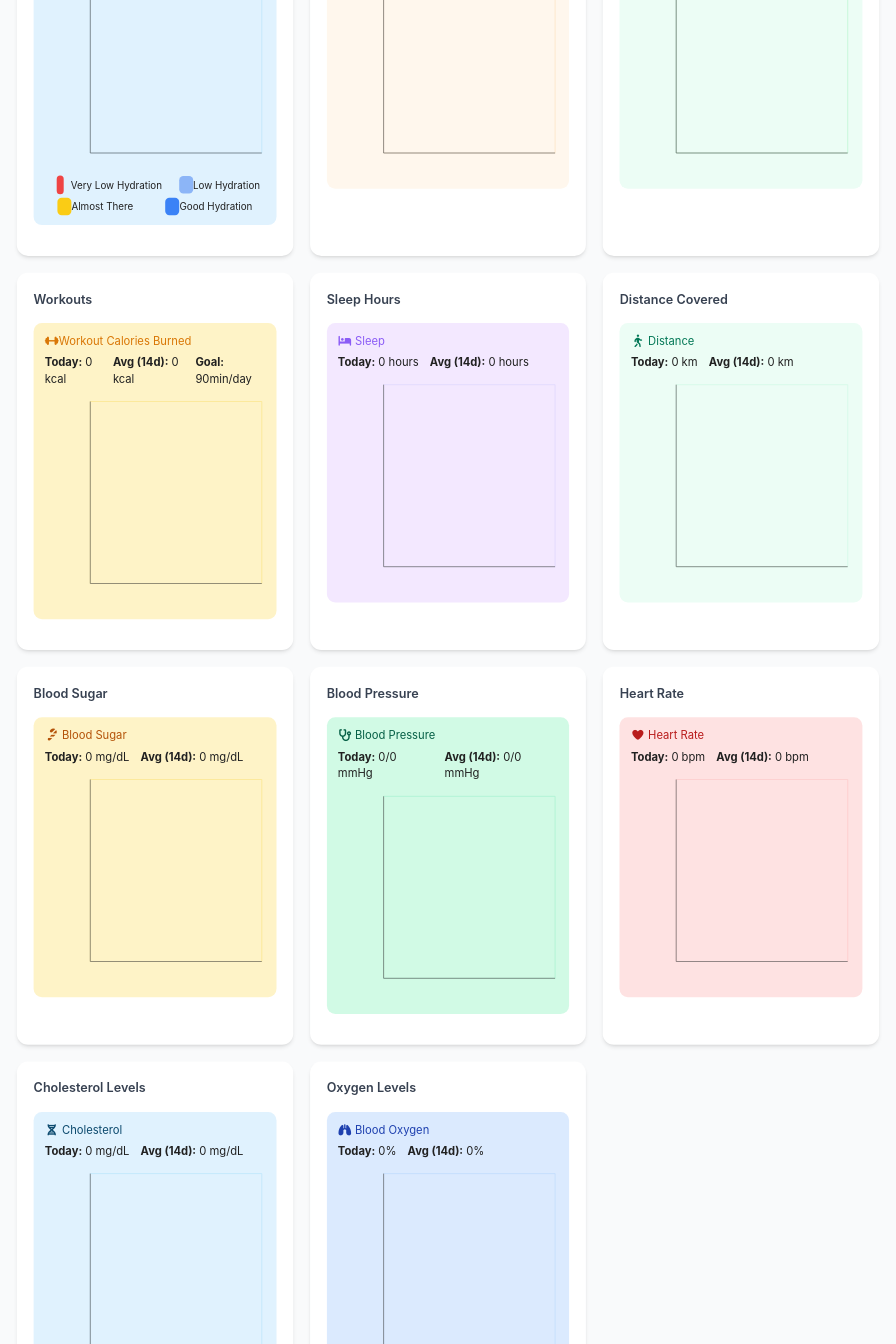
Repository: bhumikamourya/health-monitoring-application
Page: /dashboard (app in frontend/)
An editor plug-in stored every save of this project. The page is shown before and after the next save, followed by the edit.
The browser window is 1280 px wide. The pictures show the part of the page from y = 442 to 2362 px (the page is 2573 px tall before and 2563 px after), at 70% of full size.
The page's requests for data from a server got no answer. Some web libraries are served in a nearby version. The project was rebuilt for these pictures with package versions that can differ from the ones it lists, and the page was loaded fresh each time. No one was signed in, and anything a server would have sent is missing. Also part of the build but not shown: frontend/src/components/Home/particleBackground.js, frontend/src/components/Home/Component1.js, frontend/src/components/Home/Component2.js, frontend/src/components/Home/Component3.js, frontend/src/components/Home/Component4.js, frontend/src/components/Home/HomePage.js, frontend/src/components/Blog/Component1.js, frontend/src/components/Blog/Component2.js and 16 more.

Above is the page before, as saved 2025-10-14 19:01:00.

### frontend/public/index.html
<!DOCTYPE html>
<html lang="en">

<head>
  <meta charset="utf-8" />
  <link rel="icon" href="%PUBLIC_URL%/favicon.ico" />
  <meta name="viewport" content="width=device-width, initial-scale=1" />
  <meta name="theme-color" content="#000000" />
  <meta name="description" content="Web site created using create-react-app" />
  <link rel="apple-touch-icon" href="%PUBLIC_URL%/logo192.png" />
  <link rel="manifest" href="%PUBLIC_URL%/manifest.json" />

  <script src="https://cdn.jsdelivr.net/npm/@tailwindcss/browser@4"></script>

  <link href="https://cdn.jsdelivr.net/npm/bootstrap@5.3.7/dist/css/bootstrap.min.css" rel="stylesheet"
    integrity="sha384-LN+7fdVzj6u52u30Kp6M/trliBMCMKTyK833zpbD+pXdCLuTusPj697FH4R/5mcr" crossorigin="anonymous">
  <link rel="stylesheet" href="https://cdnjs.cloudflare.com/ajax/libs/font-awesome/7.0.0/css/all.min.css"
    integrity="sha512-DxV+EoADOkOygM4IR9yXP8Sb2qwgidEmeqAEmDKIOfPRQZOWbXCzLC6vjbZyy0vPisbH2SyW27+ddLVCN+OMzQ=="
    crossorigin="anonymous" referrerpolicy="no-referrer" />
  <title>React App</title>
</head>

<body>
  <noscript>You need to enable JavaScript to run this app.</noscript>
  <div id="root"></div>
  <!--
      This HTML file is a template.
      If you open it directly in the browser, you will see an empty page.

      You can add webfonts, meta tags, or analytics to this file.
      The build step will place the bundled scripts into the <body> tag.

      To begin the development, run `npm start` or `yarn start`.
      To create a production bundle, use `npm run build` or `yarn build`.
    -->
</body>

</html>

### frontend/src/index.css
@tailwind base;
@tailwind components;
@tailwind utilities;

body {
  margin: 0;
  font-family: -apple-system, BlinkMacSystemFont, 'Segoe UI', 'Roboto', 'Oxygen',
    'Ubuntu', 'Cantarell', 'Fira Sans', 'Droid Sans', 'Helvetica Neue',
    sans-serif;
  -webkit-font-smoothing: antialiased;
  -moz-osx-font-smoothing: grayscale;
  background-color: #fff;
  color: #212121;
}

code {
  font-family: source-code-pro, Menlo, Monaco, Consolas, 'Courier New',
    monospace;
}

h1,
h2,
h3,
h4,
h5,
h6 {
  color: #2c3e50
}

/* NAVBAR STYLING */
.background {
  background-color: #1976d2;
}

.footer-a-links {
  text-decoration: underline;
  color: #fff;
}

.footer-a-links:hover {
  text-decoration: underline;
}

.menu {
  color: #fff;
  margin-left: 20px;
}

.menu.selected {
  color: #64b5f6;
}

.links {
  color: #1976d2;
}

.links:hover {
  opacity: 0.7;
}

.nav-links {
  color: #fff;
}

.nav-links:hover {
  color: #64b5f6;
}

.coloured-btn {
  background-color: #1976d2;
  color: #fff;
}

.coloured-btn:hover {
  background-color: #1976d2;
}

.bold-text {
  color: #1976d2;
}


/* HOME COMPONENT-1 */
.component1-container {
  background-color: #f5f5f5;
}
.component1-icons{
  background-color: #e9f2fa;
  padding:20px 40px 20px 20px;
  border-radius: 50%;
}

.fa-check,
.fa-square-check,
.fa-calendar-week,
.fa-chart-line {
  color: #1976d2;
  font-size: 25px;
}

.fa-check {
  color: #43a047;
}


/* HOME COMPONENT-2 */
.complete-control-text {
  background-color: #e9f2fa;
  width: 60%;
  margin: 25px 5px 0 40px;
  padding: 4px;
  border-radius: 30px;
  color: #1976d2;
}

.coloured-card {
  margin-left: 50px;
  border: 3px solid #1976d2;
  border-radius: 15px;
  background-color: #fafafa;
}

/* BLOG COMPONENT */
.blogs-container {
  width: 14rem;
  box-shadow: 5px 5px 10px #f4f3f3;
}

.capsule-text {
  font-size: 10px;
  border: 1px solid #cfd1d1ff;
  padding: 4px 7px;
  border-radius: 10px;
  color: #2c2c2c;
}

/* PRICING COMPONENT */
.pricing-cards {
  margin-right: 15px;
  border: 0.4px solid #bbbabaff;
  border-radius: 30px;
}

.fa-xmark {
  font-size: 20px;
}

.complete-text {
  width: auto;
  padding: 4px 10px;
  background-color: #e9f2fa;
  border-radius: 30px;
  color: #1976d2;
}

.pricing-card2 {
  margin-left: 15px;
  border: 2px solid #1976d2;
  border-radius: 30px;
  background-color: #fafafa;
}

.pomodoro-card {
  border: 0.3px solid #424242;
  border-top: 4px solid #1976d2;
  border-radius: 10px;
}
.steps-chart-content{
  line-height: 10px;
}
.goto-dashboard:hover{
  text-decoration: underline;
  color: #6e7983;
}

### frontend/src/utils/api.js
import axios from "axios";

const api = axios.create({
    baseURL: "http://localhost:8000/api",
});
api.interceptors.request.use((config)=>{
    const token = localStorage.getItem("token");
    if(token){
        config.headers.Authorization = `Bearer ${token}`;
    }
    return config;
})
export default api;

### frontend/src/components/Charts/fitnessCharts.js
import { Line, CartesianGrid, XAxis, YAxis, Tooltip, ResponsiveContainer, BarChart, Bar } from "recharts";
import { useChartData } from "../../Hook/useChartData";
import { CustomTooltip } from "../../utils/CustomTooltip.js";

// Water Chart
function WaterChart({ days = 7, target = 8 }) {
  const { data, todayTotal, avg } = useChartData("water", "water", days);

  const getWaterColor = (value, target) => {
    if (value < target * 0.5) return "#ef4444";   // 🔴 Red - very low hydration
    if (value < target * 0.8) return "#8cb5f7ff"; // 🟠 Light blue - low
    if (value < target) return "#facc15";         // 🟡 Yellow - almost there
    return "#3b82f6";                             // 🔵 Blue - good hydration
  };

  const coloredData = data.map(d => ({
    ...d,
    fill: getWaterColor(d.water, target)
  }));

  return (
    <div
      style={{
        maxWidth: 700,
        margin: "20px auto",
        background: "#e0f2fe",
        borderRadius: 12,
        padding: 16
      }}
    >
      <h2 style={{ marginBottom: 8, color: "#2563eb" }}>
        <i className="fa-solid fa-droplet"></i> Water Intake
      </h2>

      <div style={{ display: "flex", gap: 16, marginBottom: 16 }}>
        <div><b>Today:</b> {todayTotal} glasses</div>
        <div><b>Avg ({days}d):</b> {avg} glasses</div>
      </div>

      <div style={{ width: "100%", height: 300 }}>
        <ResponsiveContainer>
          <BarChart data={coloredData}>
            <CartesianGrid stroke="#bae6fd" />
            <XAxis dataKey="date" />
            <YAxis allowDecimals={false} />
            <Tooltip content={<CustomTooltip unit="glasses" />} />
            <Bar dataKey="water" fill={({ payload }) => payload.fill} />
            <Line
              type="monotone"
              dataKey={() => target}
              stroke="#1d4ed8"
              strokeWidth={2}
              dot={false}
            />
          </BarChart>
        </ResponsiveContainer>
      </div>

      {/* 👇 Color Legend Section */}
      <div
        style={{
          // marginTop: 16,
          display: "flex",
          justifyContent: "space-around",
          flexWrap: "wrap",
          gap: 10,
          fontSize: 14
        }}
      >
        <div><span style={{ background: "#ef4444", padding: "5px",margin:"10px", borderRadius: 50 }}></span> Very Low Hydration</div>
        <div><span style={{ background: "#8cb5f7ff", padding: "4px 10px", borderRadius: 6 }}></span> Low Hydration</div>
        <div><span style={{ background: "#facc15", padding: "4px 10px", borderRadius: 6 }}></span> Almost There</div>
        <div><span style={{ background: "#3b82f6", padding: "4px 10px", borderRadius: 6 }}></span> Good Hydration</div>
      </div>
    </div>
  );
}



// Calories Chart
function CaloriesChart({ days = 7, target = 2500 }) {
  const { data, todayTotal, avg } = useChartData("calories", "calories", days);
  const getCaloriesColor = (value, target) => {
    if (value <= target) return "#22c55e";          // green
    if (value <= target * 1.1) return "#f59e0b";   // yellow
    return "#dc2626";                               // red
  };

  const coloredData = data.map(d => ({
    ...d,
    fill: getCaloriesColor(d.calories, target)
  }));
  return (
    <div style={{ maxWidth: 700, margin: "20px auto", background: "#fff7ed", borderRadius: 12, padding: 16 }}>
      <h2 style={{ marginBottom: 8, color: "#b45309" }}><i className="fa-solid fa-fire" style={{ color: "#f59e0b" }}></i> Calories Burned </h2>
      <div style={{ display: "flex", gap: 16, marginBottom: 16 }}>
        <div><b>Today:</b> {todayTotal} kcal</div>
        <div><b>Avg ({days}d):</b> {avg} calories</div>
      </div>
      <div style={{ width: "100%", height: 300 }}>
        <ResponsiveContainer>
          <BarChart data={coloredData}>
            <CartesianGrid stroke="#fde2c0" />
            <XAxis dataKey="date" />
            <YAxis allowDecimals={false} />
            <Tooltip content={<CustomTooltip unit="kcal" />} />
            <Bar dataKey="calories" fill={({ payload }) => payload.fill} />
            <Line type="monotone" dataKey={() => target} stroke="#991b1b" strokeWidth={2} dot={false} />
          </BarChart>
        </ResponsiveContainer>
      </div>
    </div>
  );
}

// Steps Chart
function StepsChart({ days = 7, target = 12000 }) {
  const { data, todayTotal, avg } = useChartData("steps", "steps", days);
  const getStepsColor = (value) => {
    if (value < target * 0.7) return "#dc2626";   // red (low)
    if (value < target) return "#1ff66eff";         // amber (medium)
    return "#16a34a";                             // green (good)
  };

  const coloredData = data.map(d => ({
    ...d,
    fill: getStepsColor(d.steps)
  }));

  return (
    <div style={{ maxWidth: 700, margin: "20px auto", background: "#ecfdf5", borderRadius: 12, padding: 16 }}>
      <h2 style={{ marginBottom: 8, color: "#065f46" }}><i className="fa-solid fa-shoe-prints"></i> Steps </h2>
      <div style={{ display: "flex", gap: 16, marginBottom: 16 }}>
        <div><b>Today:</b> {todayTotal} steps</div>
        <div><b>Avg ({days}d):</b> {avg} steps</div>
      </div>
      <div style={{ width: "100%", height: 300 }}>
        <ResponsiveContainer>
          <BarChart data={coloredData}>
            <CartesianGrid stroke="#bbf7d0" />
            <XAxis dataKey="date" />
            <YAxis allowDecimals={false} />
            <Tooltip content={<CustomTooltip unit="Steps" />} />
            <Bar dataKey="steps" fill={({ payload }) => payload.fill} />
            <Line
              type="monotone"
              dataKey={() => target}
              stroke="#047857"
              strokeWidth={2}
              dot={false}
            />
          </BarChart>
        </ResponsiveContainer>
      </div>
    </div>
  );
}

// Sleep Chart
function SleepChart({ days = 7, target = 8 }) {
  const { data, todayTotal, avg } = useChartData("sleep", "sleep", days);
  const getSleepColor = (value) => {
    if (value < 5) return "#e33636ff";
    if (value < 7) return "#beabe8ff";
    if (value <= 9) return "#ab89fbff";
    return "#8b5cf6";
  };
  const coloredData = data.map(d => ({
    ...d,
    fill: getSleepColor(d.sleep, target)
  }));
  return (
    <div style={{ maxWidth: 700, margin: "20px auto", background: "#f3e8ff", borderRadius: 12, padding: 16 }}>
      <h2 style={{ marginBottom: 8, color: "#8b5cf6" }}><i className="fa-solid fa-bed"></i> Sleep</h2>
      <div style={{ display: "flex", gap: 16, marginBottom: 16 }}>
        <div><b>Today:</b> {todayTotal} hours</div>
        <div><b>Avg ({days}d):</b> {avg} hours</div>
      </div>
      <div style={{ width: "100%", height: 300 }}>
        <ResponsiveContainer>
          <BarChart data={coloredData}>
            <CartesianGrid stroke="#ddd6fe" />
            <XAxis dataKey="date" />
            <YAxis allowDecimals={false} />
            <Tooltip content={<CustomTooltip unit="hours" />} />
            <Bar dataKey="sleep" fill={({ payload }) => payload.fill} />
            <Line type="monotone" dataKey={() => target} stroke="#7c3aed" strokeWidth={2} dot={false} />
          </BarChart>
        </ResponsiveContainer>
      </div>
    </div>
  );
}

function DistanceChart({ days = 7, target = 5 }) {
  const { data, todayTotal, avg } = useChartData("distance", "distance", days);

  const getDistanceColor = (value, target) => {
    if (value < target * 0.5) return "#ef4444";   // 🔴 Very low
    if (value < target * 0.8) return "#81f2aaff";   // 🟠 Low
    if (value < target) return "#facc15";         // 🟡 Almost there
    return "#22c55e";                             // 🟢 Good
  };

  const coloredData = data.map(d => ({
    ...d,
    fill: getDistanceColor(d.distance, target)
  }));

  return (
    <div style={{ maxWidth: 700, margin: "20px auto", background: "#ecfdf5", borderRadius: 12, padding: 16 }}>
      <h2 style={{ marginBottom: 8, color: "#047857" }}>
        <i className="fa-solid fa-person-walking"></i> Distance
      </h2>

      <div style={{ display: "flex", gap: 16, marginBottom: 16 }}>
        <div><b>Today:</b> {todayTotal} km</div>
        <div><b>Avg ({days}d):</b> {avg} km</div>
      </div>

      <div style={{ width: "100%", height: 300 }}>
        <ResponsiveContainer>
          <BarChart data={coloredData}>
            <CartesianGrid stroke="#d1fae5" />
            <XAxis dataKey="date" />
            <YAxis allowDecimals={false} />
            <Tooltip content={<CustomTooltip unit="km" />} />
            <Bar dataKey="distance" fill={({ payload }) => payload.fill} />
            <Line type="monotone" dataKey={() => target} stroke="#047857" strokeWidth={2} dot={false} />
          </BarChart>
        </ResponsiveContainer>
      </div>
    </div>
  );
}


function WorkoutChart({ days = 7, target = 90 }) {
  // workoutsCalories ke liye hook call
  const { data, todayTotal, avg } = useChartData("workouts", "caloriesBurned", days);
  const getWorkoutColor = (value, target) => {
    if (value < target * 0.7) return "#ef4444";   // red - low
    if (value < target) return "#fbbf24";         // amber - medium
    return "#d97706";                             // green - achieved
  };

  const coloredData = data.map(d => ({
    ...d,
    fill: getWorkoutColor(d.caloriesBurned, target)
  }));
  return (
    <div style={{ maxWidth: 700, margin: "20px auto", background: "#fef3c7", borderRadius: 12, padding: 16 }}>
      <h2 style={{ marginBottom: 8, color: "#d97706" }}>
        <i className="fa-solid fa-dumbbell"></i>
        Workout Calories Burned </h2>
      <div style={{ display: "flex", gap: 16, marginBottom: 16 }}>
        <div><b>Today:</b> {todayTotal} kcal</div>
        <div><b>Avg ({days}d):</b> {avg} kcal</div>
        <div><b>Goal:</b> {target}min/day</div>
      </div>
      <div style={{ width: "100%", height: 300 }}>
        <ResponsiveContainer>
          <BarChart data={coloredData}>
            <CartesianGrid stroke="#fde68a" />
            <XAxis dataKey="date" />
            <YAxis allowDecimals={false} />
            <Tooltip content={<CustomTooltip unit="kcal" />} />
            <Bar dataKey="caloriesBurned" fill={({ payload }) => payload.fill} />
            <Line type="monotone" dataKey={() => target} stroke="#b45309" strokeWidth={2} dot={false} />
          </BarChart>
        </ResponsiveContainer>
      </div>
    </div>
  );
}




export { WaterChart, CaloriesChart, StepsChart, SleepChart, DistanceChart, WorkoutChart };

### frontend/src/components/Home/particleBackground.css
* {
    margin: 0;
    padding: 0;
    box-sizing: border-box;
}
a{
    text-decoration:none;
}

body {
    color: #212121;
    margin: 0;
    font-family: 'Arial', sans-serif;
    overflow-x: hidden;
    min-height: 100vh;
}

.particles-container {
    height: 98vh;
    width: 100%;
    position: relative;
    overflow: hidden;
}

.particle {
    position: absolute;
    width: 20px;
    height: 20px;
    border-radius: 3px;
    opacity: 0.7;
    box-shadow: 0 0 20px rgba(255, 255, 255, 0.3);
    animation-duration: 30s;
    animation-iteration-count: infinite;
    animation-timing-function: ease-in-out;
}

.content {
    position: absolute;
    top: 50%;
    left: 50%;
    transform: translate(-50%, -50%);
    z-index: 2;
    text-align: center;
    padding: 30px;
    border-radius: 15px;
}

h1 {
    font-size: 2.9rem;
    font-weight: 530;
    margin-bottom: 6px;
    background-size: 300% 300%;
}

p {
    font-size: 1.4rem;
    line-height: 1.6;
}
.home-btn1{
    background-color: #1976d2;
    color: #fff;
}
.home-btn1:hover{
     background-color: #176cc1;
}
.home-btn2{
    margin-left: 15px;
}
.home-btn2:hover{
    background-color: rgb(51, 51, 51);
}


@keyframes gradientShift {

    0%,
    100% {
        background-position: 0% 50%;
    }

    50% {
        background-position: 100% 50%;
    }
}

/* Particle animations */
 @keyframes move1 {

    0%,
    100% {
        transform: translate(0, 0) rotate(0deg);
    }

    25% {
        transform: translate(80px, 40px) rotate(90deg);
    }

    50% {
        transform: translate(40px, 80px) rotate(180deg);
    }

    75% {
        transform: translate(-40px, 60px) rotate(270deg);
    }
}

@keyframes move2 {

    0%,
    100% {
        transform: translate(0, 0) rotate(0deg);
    }

    25% {
        transform: translate(60px, -30px) rotate(45deg);
    }

    50% {
        transform: translate(-40px, 60px) rotate(135deg);
    }

    75% {
        transform: translate(70px, -20px) rotate(225deg);
    }
}

@keyframes move3 {

    0%,
    100% {
        transform: translate(0, 0) rotate(0deg);
    }

    25% {
        transform: translate(-5px, 5px) rotate(60deg);
    }

    50% {
        transform: translate(2px, -2px) rotate(70deg);
    }

    75% {
        transform: translate(-5px, 10px) rotate(140deg);
    }
}

@keyframes move4 {

    0%,
    100% {
        transform: translate(0, 0) rotate(60deg);
    }

    25% {
        transform: translate(50px, -50px) rotate(60deg);
    }

    50% {
        transform: translate(-30px, 90px) rotate(150deg);
    }

    75% {
        transform: translate(50px, -40px) rotate(270deg);
    }
}

/* Individual particle styles */
.particle:nth-child(1) {
    background-color: #ff6b6b;
    top: 10%;
    left: 10%;
    animation: move1 70s infinite;
    animation-delay: 1s;
    opacity: 0.4;
}

.particle:nth-child(2) {
    background-color: #4ecdc4;
    top: 20%;
    right: 80%;
    animation: move2 70s infinite;
    animation-delay: 1s;
}

.particle:nth-child(3) {
    background-color: #45b7d1;
    top: 60%;
    left: 10%;
    animation: move3 70s infinite;
    animation-delay: 1s;
}

.particle:nth-child(4) {
    background-color: #484948;
    top: 45%;
    left: 10%;
    animation: move4 70s infinite;
    animation-delay: 1s;
}

.particle:nth-child(5) {
    background-color: #feca57;
    top: 60%;
    right: 20%;
    animation: move1 70s infinite;
    animation-delay: 1s;
}

.particle:nth-child(6) {
    background-color: #ff9ff3;
    top: 35%;
    right: 20%;
    animation: move4 70s infinite;
    animation-delay: 1s;
}
.particle:nth-child(7) {
    background-color: #ffa502;
    top: 30%;
    right: 15%;
    animation: move3 70s infinite;
    animation-delay: 1s;
    opacity: 0.5;
}

.particle:nth-child(8) {
    background-color: #54a0ff;
    top: 30%;
    left: 13%;
    animation: move2 70s infinite;
    animation-delay: 1s;
}

.particle:nth-child(9) {
    background-color: #5f27cd;
    top: 75%;
    left: 10%;
   animation: move1 70s infinite;
    animation-delay: 1s;
}

.particle:nth-child(10) {
    background-color: #00d2d3;
    top: 25%;
    right: 5%;
    animation: move3 70s infinite;
    animation-delay: 1s;
    opacity: 0.4;
}

.particle:nth-child(11) {
    background-color: #e09df8;
    top: 5%;
    right: 15%;
    animation: move4 70s infinite;
    animation-delay: 1s;
    opacity: 0.5;
}

.particle:nth-child(12) {
    background-color: #ee5253;
    top: 35%;
    right:20%;
    animation: move2 70s infinite;
    animation-delay: 1s;
    opacity: 0.5;
}

.particle:nth-child(13) {
    background-color: #0abde3;
    top: 55%;
    left: 15%;
    animation: move1 70s infinite;
    animation-delay: 1s;
}

.particle:nth-child(14) {
    background-color: #10ac84;
    top: 20%;
    right: 10%;
    animation: move3 70s infinite;
    animation-delay: 1s;
}

.particle:nth-child(15) {
    background-color: #ff5252;
    top: 70%;
    right: 5%;
    animation: move2 70s infinite;
    animation-delay: 1s;
}

.particle:nth-child(16) {
    background-color: #3742fa;
    top: 40%;
    right: 17%;
   animation: move1 70s infinite;
    animation-delay: 1s;
}
.particle:nth-child(17) {
    background-color: #c84bf1;
    top: 3%;
    right: 10%;
    animation: move4 70s infinite;
    animation-delay: 1s;
}
.particle:nth-child(18) {
    background-color: #fa7537;
    top: 8%;
    left: 17%;
    animation: move2 70s infinite;
    animation-delay: 1s;
    opacity: 0.5;
}
.particle:nth-child(19) {
    background-color: #f371e8;
    top: 80%;
    left: 30%;
   animation: move4 70s infinite;
    animation-delay: 1s;
    opacity: 0.5;
}
.particle:nth-child(20) {
    background-color: #3c3c3d;
    top: 10%;
    right: 40%;
   animation: move2 70s infinite;
    animation-delay: 1s;
}
.particle:nth-child(21) {
    background-color: #afafe7;
    top: 50%;
    right: 6%;
    animation: move4 70s infinite;
    animation-delay: 1s;
}
.particle:nth-child(22) {
    background-color: #9f0eed;
    top: 70%;
    right: 20%;
    animation: move1 70s infinite;
    animation-delay: 1s;
}
.particle:nth-child(23) {
    background-color: #d9d7da;
    top: 20%;
    left: 80%;
    animation: move2 70s infinite;
    animation-delay: 1s;
    opacity: 0.5;
}
.particle:nth-child(24) {
    background-color: #6f6e6f;
    top: 80%;
    right: 10%;
    animation: move3 70s infinite;
    animation-delay: 1s;
}
.particle:nth-child(25) {
    background-color: #a6d9de;
    top:68%;
    left: 20%;
    animation: move4 70s infinite;
    animation-delay: 1s;
}
.particle:nth-child(26) {
    background-color: #3d3e3d;
    top: 30%;
    right: 10%;
    animation: move1 70s infinite;
    animation-delay: 1s;
}
.particle:nth-child(27) {
    background-color: #343434;
    top: 80%;
    left: 10%;
    animation: move2 70s infinite;
    animation-delay: 1s;
}
.particle:nth-child(28) {
    background-color: #3c3c3c;
    top: 40%;
    right: 70%;
    animation: move3 70s infinite;
    animation-delay: 1s;
}
.particle:nth-child(29) {
    background-color: #343435;
    top: 20%;
    right: 90%;
    animation: move4 70s infinite;
    animation-delay: 1s;
}
.particle:nth-child(30) {
    background-color: #c5e6d4;
    top: 90%;
    right: 30%;
    animation: move1 70s infinite;
    animation-delay: 1s;
}

Loaded but not shown: frontend/tailwind.config.js (common file); frontend/src/components/Charts/MedicalCharts.js (185 lines, source omitted); frontend/src/Navbar.js (85 lines, source omitted); frontend/src/TrackerForms/Dashboard.js (91 lines, source omitted); frontend/src/Hook/useBPChartData.js (65 lines, source omitted); frontend/src/index.js (46 lines, source omitted); frontend/src/Hook/useCholesterolChartData.js (62 lines, source omitted); frontend/src/Hook/useChartData.js (56 lines, source omitted); frontend/src/Footer.js (35 lines, source omitted); frontend/src/components/Logout.js (16 lines, source omitted)

After the next save:
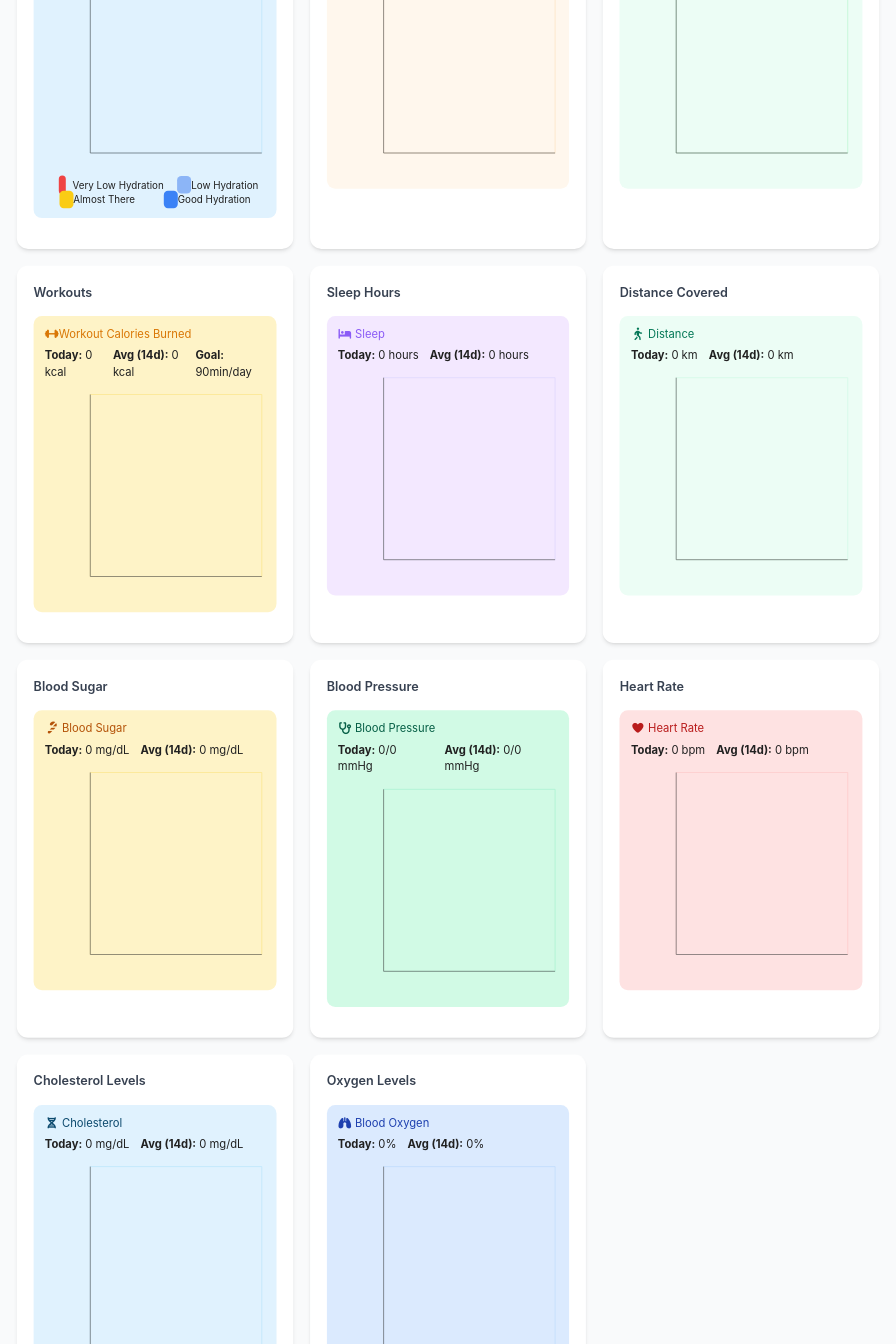
Saved 11 s later.
--- a/frontend/src/components/Charts/fitnessCharts.js
+++ b/frontend/src/components/Charts/fitnessCharts.js
@@ -63,7 +63,7 @@ function WaterChart({ days = 7, target = 8 }) {
           display: "flex",
           justifyContent: "space-around",
           flexWrap: "wrap",
-          gap: 10,
+          // gap: 10,
           fontSize: 14
         }}
       >
